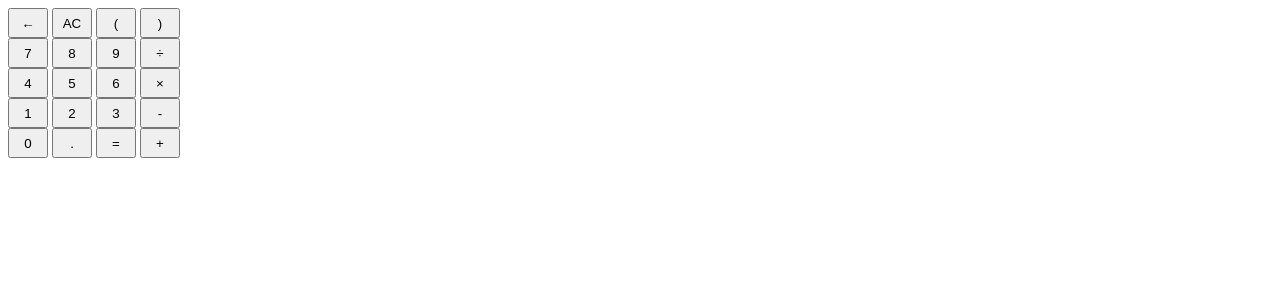
Repository: z1youRA/MyCalculator
Page: index.html
These files come from the project's save history. The page is drawn as it stood at one moment and after the next save; the edit follows.
The browser window is 1280 px wide. The pictures show the whole page.

Above is the page before, as saved 2021-12-19 14:02:30.

### index.html
<!DOCTYPE html>
<html lang="en">
<head>
    <meta charset="UTF-8">
    <meta http-equiv="X-UA-Compatible" content="IE=edge">
    <meta name="viewport" content="width=device-width, initial-scale=1.0">
    <title>Document</title>
    <link rel='stylesheet' href='./css/styles.css'>
</head>
<body>
    <div class='buttons'>
        <div class='first-row row'>
            <button>←</button>
            <button>AC</button>
            <button>(</button>
            <button>)</button>
        </div>
        <div class='second-row row'>
            <button>7</button>
            <button>8</button>
            <button>9</button>
            <button>÷</button>
        </div>
        <div class='third-row row'>
            <button>4</button>
            <button>5</button>
            <button>6</button>
            <button>×</button>
        </div>
        <div class='fourth-row row'></div>
            <button>1</button>
            <button>2</button>
            <button>3</button>
            <button>-</button>
        <div class='fifth-row row'>
            <button>0</button>
            <button>.</button>
            <button>=</button>
            <button>+</button>
        </div>
    </div>
</body>
<script src='script.js'>
</script>
</html>

### css/styles.css
buttons {
    display: flex;
    flex-direction: column;
}


button {
    height: 30px;
    width: 40px;
}

### script.js
function add(num1, num2) {
    return num1 + num2;
}

function subtract(num1, num2) {
    return num1 - num2;
}

function multiply(num1, num2) {
    return num1 * num2;
}

function divide(num1, num2) {
    return num1 / num2;
}

function operate(operator, num1, num2) {
    if(operator === '+') {
        return add(num1, num2);
    }
    if(operator === '-') {
        return subtract(num1, num2);
    }
    if(operator === '*'|| operator === '×') {
        return multiply(num1, num2);
    }
    if(operator === '/'|| operator === '÷') {
        return divide(num1, num2);
    }
}

After the next save:
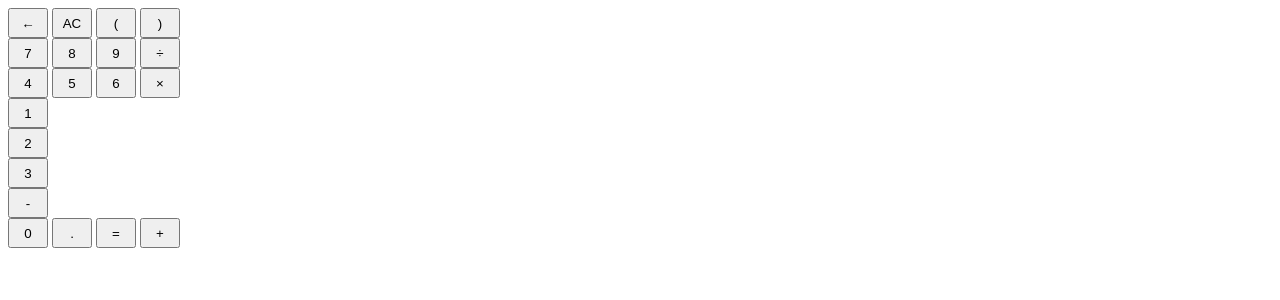
Saved 7 s later.
--- a/css/styles.css
+++ b/css/styles.css
@@ -1,7 +1,9 @@
-buttons {
+.buttons {
     display: flex;
     flex-direction: column;
 }
+
+
 
 
 button {

After the save that followed:
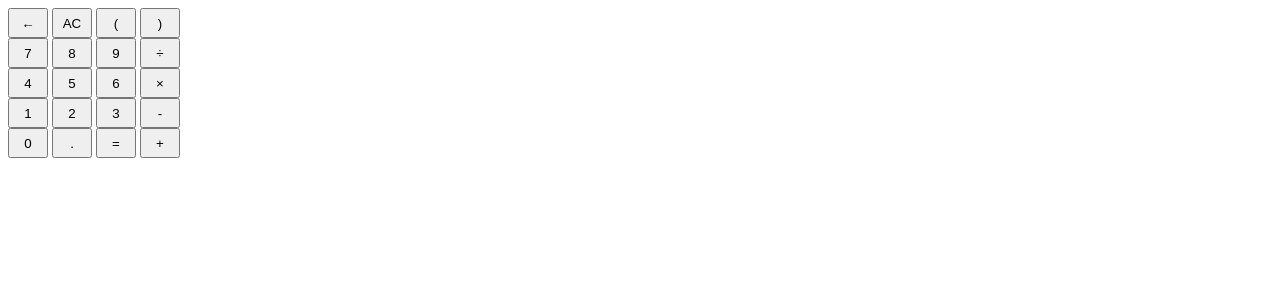
Saved 9 s later.
--- a/index.html
+++ b/index.html
@@ -27,11 +27,12 @@
             <button>6</button>
             <button>×</button>
         </div>
-        <div class='fourth-row row'></div>
+        <div class='fourth-row row'>
             <button>1</button>
             <button>2</button>
             <button>3</button>
             <button>-</button>
+        </div>
         <div class='fifth-row row'>
             <button>0</button>
             <button>.</button>
